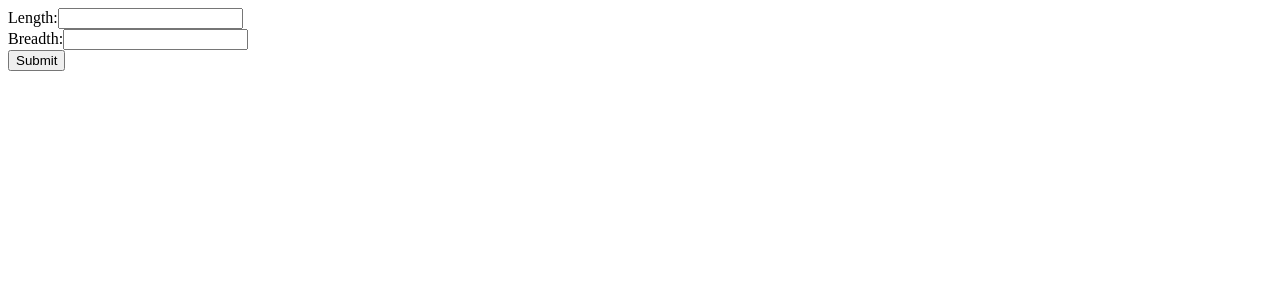
Repository: Laxman-Nath/Servlet_JSP
Page: http://localhost/Area/
An editor plug-in stored every save of this project. The page is shown before and after the next save, followed by the edit.
The browser window is 1280 px wide. The pictures show the whole page.
The page is served by Tomcat 9.

Above is the page before, as saved 2024-09-02 10:40:53.

### Area/src/main/webapp/Area.jsp
<%@ page language="java" contentType="text/html; charset=UTF-8"
	pageEncoding="UTF-8"%>
<!DOCTYPE html>
<html>
<head>
<meta charset="UTF-8">
<title>Area</title>
</head>
<body>
	<form action="" method="post">
		<div>
			Length:<input type="number" name="length">
		</div>
		<div>
			Breadth:<input type="number" name="breadth">
		</div>
		<input type="submit" value="Submit">
	</form>
</body>
</html>

After the next save:
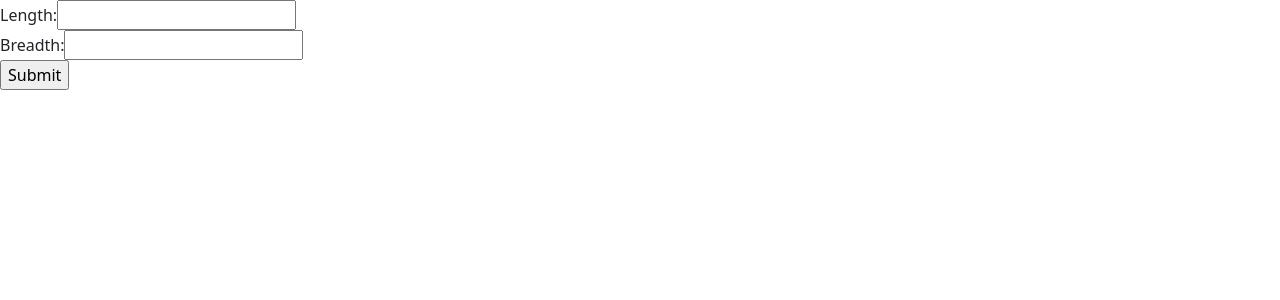
Saved 94 s later.
--- a/Area/src/main/webapp/Area.jsp
+++ b/Area/src/main/webapp/Area.jsp
@@ -5,6 +5,11 @@
 <head>
 <meta charset="UTF-8">
 <title>Area</title>
+<link
+	href="https://cdn.jsdelivr.net/npm/bootstrap@5.3.3/dist/css/bootstrap.min.css"
+	rel="stylesheet"
+	integrity="sha384-QWTKZyjpPEjISv5WaRU9OFeRpok6YctnYmDr5pNlyT2bRjXh0JMhjY6hW+ALEwIH"
+	crossorigin="anonymous">
 </head>
 <body>
 	<form action="" method="post">
